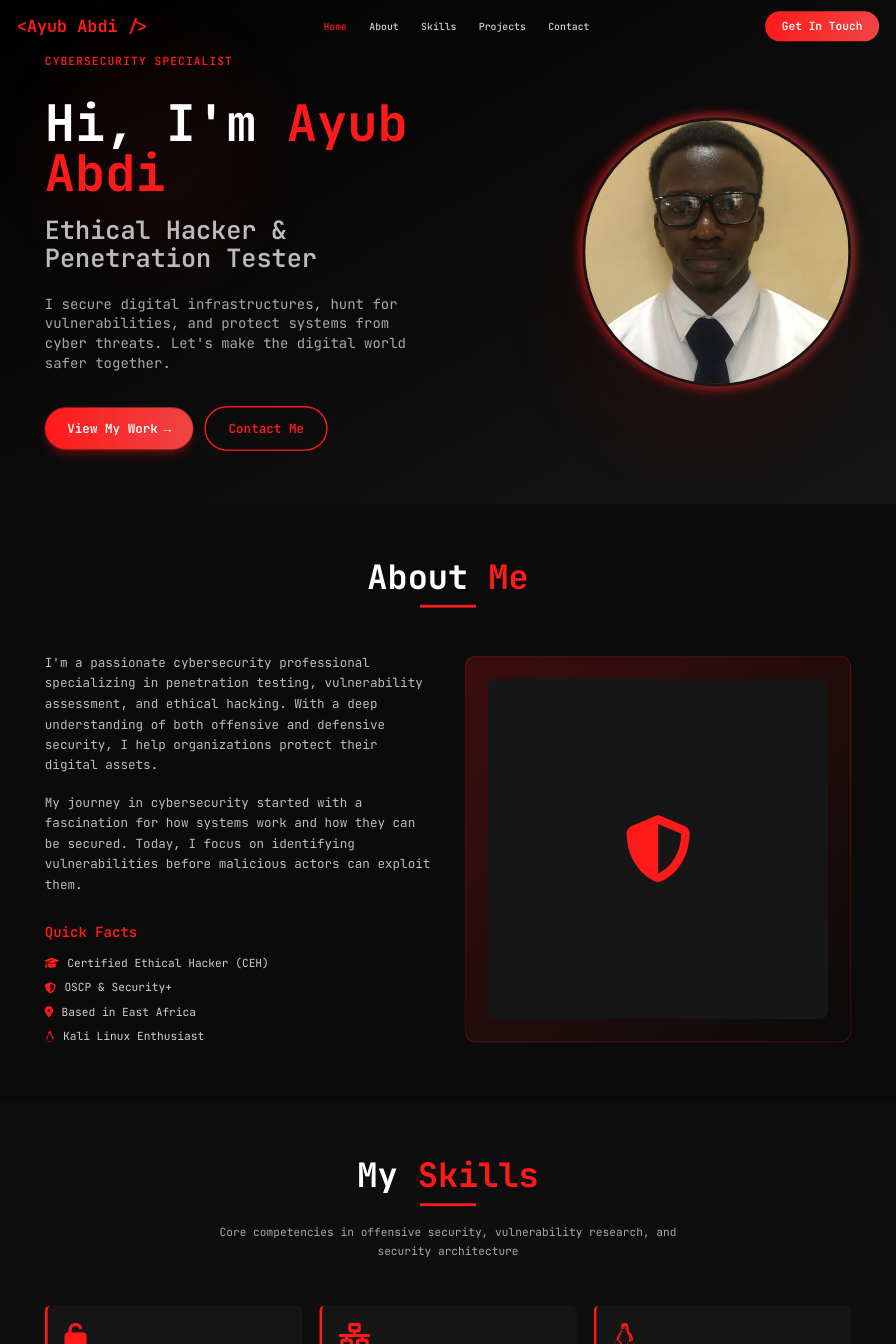
Repository: Eyub-Abdi/portfolio
Page: /
An editor plug-in stored every save of this project. The page is shown before and after the next save, followed by the edit.
The browser window is 1280 px wide. The pictures show the part of the page from y = 0 to 1920 px (the page is 5032 px tall), at 70% of full size.
The project was rebuilt for these pictures with package versions that can differ from the ones it lists, and the page was loaded fresh each time. Also part of the build but not shown: vite.config.ts.

Above is the page before, as saved 2025-12-02 11:34:38.

After the next save:
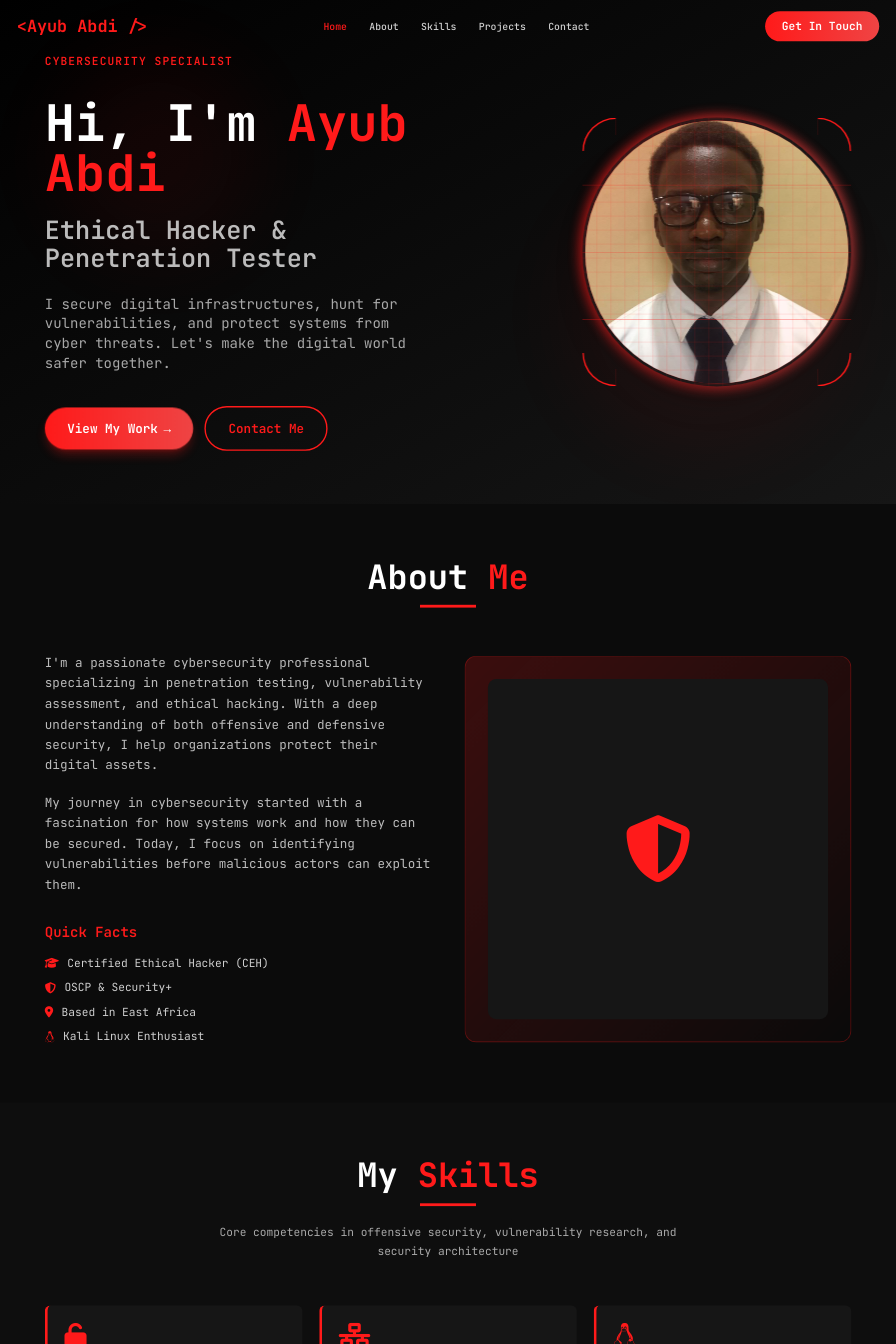
Saved 98 s later.
--- a/src/App.tsx
+++ b/src/App.tsx
@@ -172,10 +172,44 @@ function App() {
             {/* Profile Image */}
             <div className="flex justify-center md:justify-end">
               <div className="relative group">
+                {/* Outer glow */}
                 <div className="absolute -inset-1 bg-gradient-to-r from-red-terminal to-red-500 rounded-full blur opacity-75 group-hover:opacity-100 transition duration-300"></div>
+
                 <div className="relative">
-                  <img src="/dp.jpeg" alt="Ayub Abdi - Cybersecurity Specialist" className="w-64 h-64 md:w-80 md:h-80 lg:w-96 lg:h-96 rounded-full object-cover border-4 border-panel-bg shadow-2xl" />
-                  <div className="absolute inset-0 rounded-full border-4 border-red-terminal/30 animate-ping"></div>
+                  {/* Main Image */}
+                  <img
+                    src="/dp.jpeg"
+                    alt="Ayub Abdi - Cybersecurity Specialist"
+                    className="w-64 h-64 md:w-80 md:h-80 lg:w-96 lg:h-96 rounded-full object-cover border-4 border-panel-bg shadow-2xl relative z-10"
+                  />
+
+                  {/* Cyber Grid Overlay */}
+                  <div className="absolute inset-0 rounded-full overflow-hidden z-20 pointer-events-none">
+                    <div className="absolute inset-0 bg-gradient-to-br from-red-terminal/20 via-transparent to-red-terminal/10"></div>
+                    <div className="absolute inset-0" style={{
+                      backgroundImage: 'linear-gradient(rgba(255, 26, 26, 0.1) 1px, transparent 1px), linear-gradient(90deg, rgba(255, 26, 26, 0.1) 1px, transparent 1px)',
+                      backgroundSize: '20px 20px'
+                    }}></div>
+                  </div>
+
+                  {/* Glitch Effect Lines */}
+                  <div className="absolute top-1/4 left-0 right-0 h-px bg-red-terminal/50 z-20 animate-pulse"></div>
+                  <div className="absolute top-1/2 left-0 right-0 h-px bg-red-terminal/30 z-20 animate-pulse" style={{animationDelay: '0.5s'}}></div>
+                  <div className="absolute top-3/4 left-0 right-0 h-px bg-red-terminal/50 z-20 animate-pulse" style={{animationDelay: '1s'}}></div>
+
+                  {/* Corner Brackets */}
+                  <div className="absolute top-0 left-0 w-12 h-12 border-t-2 border-l-2 border-red-terminal z-30 rounded-tl-full"></div>
+                  <div className="absolute top-0 right-0 w-12 h-12 border-t-2 border-r-2 border-red-terminal z-30 rounded-tr-full"></div>
+                  <div className="absolute bottom-0 left-0 w-12 h-12 border-b-2 border-l-2 border-red-terminal z-30 rounded-bl-full"></div>
+                  <div className="absolute bottom-0 right-0 w-12 h-12 border-b-2 border-r-2 border-red-terminal z-30 rounded-br-full"></div>
+
+                  {/* Animated Ring */}
+                  <div className="absolute inset-0 rounded-full border-2 border-red-terminal/30 animate-ping z-5"></div>
+
+                  {/* Scanning Line */}
+                  <div className="absolute inset-0 rounded-full overflow-hidden z-25">
+                    <div className="absolute w-full h-1 bg-gradient-to-r from-transparent via-red-terminal to-transparent animate-scan"></div>
+                  </div>
                 </div>
               </div>
             </div>
